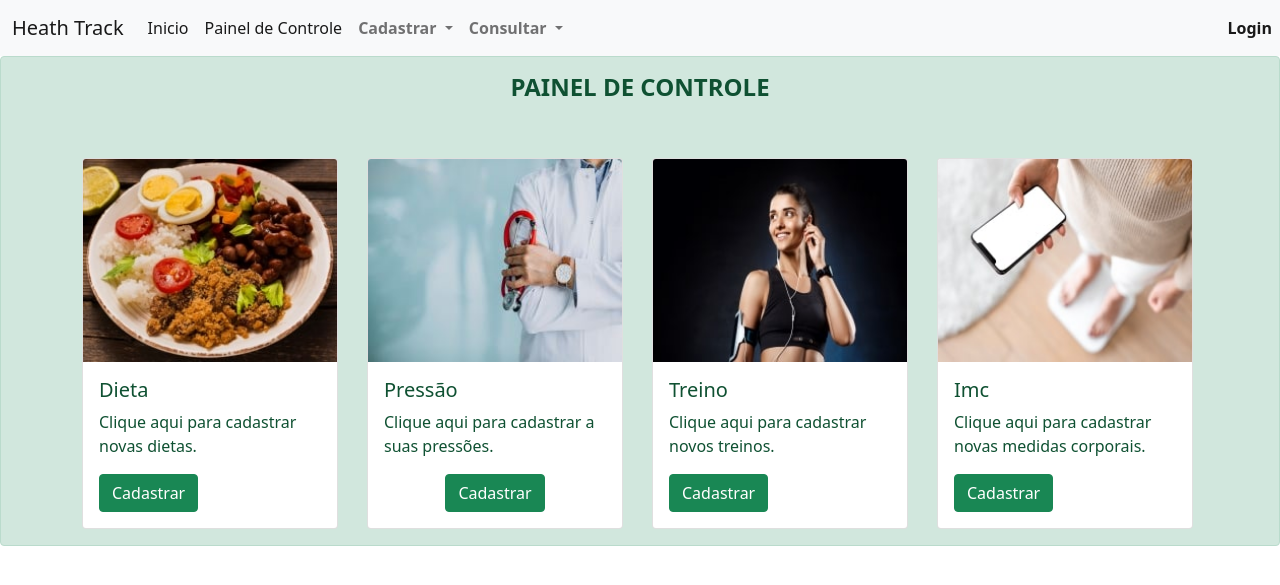
Repository: FellipySantos/HealthTrack_Finalizado
Page: http://localhost/JSPs/painel.jsp
The author's editor kept a copy of each file at every save. The page is drawn from the files as they stood at one save, then again after the next save.
The browser window is 1280 px wide. The pictures show the whole page.
The page is served by Tomcat 9. Other server files are loaded and not shown.

Above is the page before, as saved 2021-11-16 04:01:28.

### JSP/JSPs/WebContent/painel.jsp
<%@ page language="java" contentType="text/html; charset=ISO-8859-1"
    pageEncoding="ISO-8859-1"%>
<!DOCTYPE html PUBLIC "-//W3C//DTD HTML 4.01 Transitional//EN" "http://www.w3.org/TR/html4/loose.dtd">
<html>
<head>
<meta http-equiv="Content-Type" content="text/html; charset=ISO-8859-1">
<title>Health Track</title>
<%@ include file="header.jsp" %>
</head>
<body>
<%@ include file="menu.jsp" %>
		      <div class="alert alert-success" role="alert">

 <div class="container"> <h4><b><center>PAINEL DE CONTROLE</center></b></h4> <br><br>
        <div class="row">
          <div class="col-3">

            <div class="card" style="width: 16rem;">
              <img src="resources/img/card_imagem_1.jpg" class="card-img-top" alt="...">
              <div class="card-body">
                <h5 class="card-title">Dieta</h5>
                <p class="card-text">Clique aqui para cadastrar novas dietas.</p>
                <a href="cadastro-dieta.jsp" class="btn btn-success">Cadastrar</a>
              </div>
            </div>

          </div>

          <div class="col-3">

            <div class="card" style="width: 16rem;">
              <img src="resources/img/card_imagem_2.jpg" class="card-img-top" alt="...">
              <div class="card-body">
                <h5 class="card-title">Pressão</h5>
                <p class="card-text">Clique aqui para cadastrar a suas pressões.</p>
                <center><a href="cadastro-pressao.jsp" class="btn btn-success">Cadastrar</a></center>
              </div>
            </div>

          </div>

          <div class="col-3">

            <div class="card" style="width: 16rem;">
              <img src="resources/img/card_imagem_3.jpg" class="card-img-top" alt="...">
              <div class="card-body">
                <h5 class="card-title">Treino</h5>
                <p class="card-text">Clique aqui para cadastrar novos treinos.</p>
                <a href="cadastro-treino.jsp" class="btn btn-success">Cadastrar</a>
              </div>
            </div>

          </div>

          <div class="col-3">

            <div class="card" style="width: 16rem;">
              <img src="resources/img/card_imagem_4.jpg" class="card-img-top" alt="...">
              <div class="card-body">
                <h5 class="card-title">Imc</h5>
                <p class="card-text">Clique aqui para cadastrar novas medidas corporais.</p>
                <a href="cadastro-imc.jsp" class="btn btn-success">Cadastrar</a>
              </div>
            </div>

          </div>

      </div>




<%@ include file="footer.jsp" %>
</body>
</html>

### JSP/JSPs/WebContent/header.jsp
<%@ page language="java" contentType="text/html; charset=ISO-8859-1"
    pageEncoding="ISO-8859-1"%>
<!DOCTYPE html>
<html>
<head>
<meta charset="ISO-8859-1">

<link rel="stylesheet" type="text/css" href="resources/css/bootstrap.css">
<link rel="stylesheet" type="text/css" href="resources/css/bootstrap-grid.css">
<link rel="stylesheet" type="text/css" href="resources/css/bootstrap-reboot.css">

<script type="text/javascript" src="resources/js/jquery-3.6.0.min.js"></script>
<script type="text/javascript" src="resources/js/popper.min.js"></script>
<script type="text/javascript" src="resources/js/bootstrap.min.js"></script>
<script type="text/javascript" src="resources/js/bootstrap.min.js"></script>

<script src="https://stackpath.bootstrapcdn.com/bootstrap/4.3.1/js/bootstrap.min.js" integrity="sha384-JjSmVgyd0p3pXB1rRibZUAYoIIy6OrQ6VrjIEaFf/nJGzIxFDsf4x0xIM+B07jRM" crossorigin="anonymous"></script>


</head>






<body>



</body>



</html>

### JSP/JSPs/WebContent/menu.jsp

   <nav class="navbar navbar-expand-lg navbar-light bg-light">
        <div class="container-fluid">
          <a class="navbar-brand" href="index.jsp">Heath Track</a>
          <button class="navbar-toggler" type="button" data-bs-toggle="collapse" data-bs-target="#navbarSupportedContent" aria-controls="navbarSupportedContent" aria-expanded="false" aria-label="Toggle navigation">
            <span class="navbar-toggler-icon"></span>
          </button>
          <div class="collapse navbar-collapse" id="navbarSupportedContent">
            <ul class="navbar-nav me-auto mb-2 mb-lg-0">
              <li class="nav-item">
                <a class="nav-link active" aria-current="page" href="index.jsp">Inicio</a>
              </li>
              <li class="nav-item">
                <a class="nav-link active" aria-current="page" href="painel.jsp">Painel de Controle</a>
              </li>
              <li class="nav-item dropdown">
                <a class="nav-link dropdown-toggle" href="#" id="navbarDropdown" role="button" data-bs-toggle="dropdown" aria-expanded="false">
                  <b>Cadastrar</b>
                </a>
                <ul class="dropdown-menu" aria-labelledby="navbarDropdown">
                  <li><a class="dropdown-item" href="cadastro-dieta.jsp">Dieta</a></li>
                  <li><a class="dropdown-item" href="cadastro-pressao.jsp">Pressão</a></li>
                  <li><a class="dropdown-item" href="cadastro-treino.jsp">Treino</a></li>
                  <li><a class="dropdown-item" href="cadastro-imc.jsp">Imc</a></li>
                   <li><hr class="dropdown-divider"></li>
                  <li><a class="dropdown-item" href="cadastro-atleta.jsp">Atleta</a></li>
                  <li><a class="dropdown-item" href="cadastro-nutri.jsp">Nutricionista</a></li>
                  <li><a class="dropdown-item" href="cadastro-treinador.jsp">Treinador</a></li>
                </ul>
              </li>

                 <li class="nav-item dropdown">
                <a class="nav-link dropdown-toggle" href="#" id="navbarDropdown" role="button" data-bs-toggle="dropdown" aria-expanded="false">
                  <b>Consultar</b>
                </a>
                <ul class="dropdown-menu" aria-labelledby="navbarDropdown">
                  <li><a class="dropdown-item" href="dieta?acao=listar">Dieta</a></li>
                  <li><a class="dropdown-item" href="pressao?acao=listar">Pressão</a></li>
                  <li><a class="dropdown-item" href="treino?acao=listar">Treino</a></li>
                  <li><a class="dropdown-item" href="imc?acao=listar">Imc</a></li>
                  <li><hr class="dropdown-divider"></li>
                  <li><a class="dropdown-item" href="atleta?acao=listar">Atleta</a></li>
                  <li><a class="dropdown-item" href="nutri?acao=listar">Nutricionista</a></li>
                  <li><a class="dropdown-item" href="treinador?acao=listar">Treinador</a></li>
                </ul>
              </li>


            </ul>

          </div>

        </div>
        <div class="collapse navbar-collapse" id="navbarSupportedContent">
          <ul class="navbar-nav me-auto mb-2 mb-lg-0">
            <li class="nav-item">
              <b><a class="nav-link active" aria-current="page" href="#">Login</a></b>
            </li>
            </ul>
            </div>



      </nav>

### JSP/JSPs/WebContent/footer.jsp
<%@ page language="java" contentType="text/html; charset=ISO-8859-1"
    pageEncoding="ISO-8859-1"%>
<!DOCTYPE html>
<html>
<head>
<meta charset="ISO-8859-1">

<script type="text/javascript" src="resources/js/jquery-3.6.0.min.js"></script>
<script type="text/javascript" src="resources/js/bootstrap.min.js"></script>

</head>





<body>


</body>
</html>

Loaded but not shown: JSP/JSPs/WebContent/resources/css/bootstrap.css (library); JSP/JSPs/WebContent/resources/css/bootstrap-grid.css (library); JSP/JSPs/WebContent/resources/css/bootstrap-reboot.css (library); JSP/JSPs/WebContent/resources/js/jquery-3.6.0.min.js (library); JSP/JSPs/WebContent/resources/js/popper.min.js (library); JSP/JSPs/WebContent/resources/js/bootstrap.min.js (library)

After the next save:
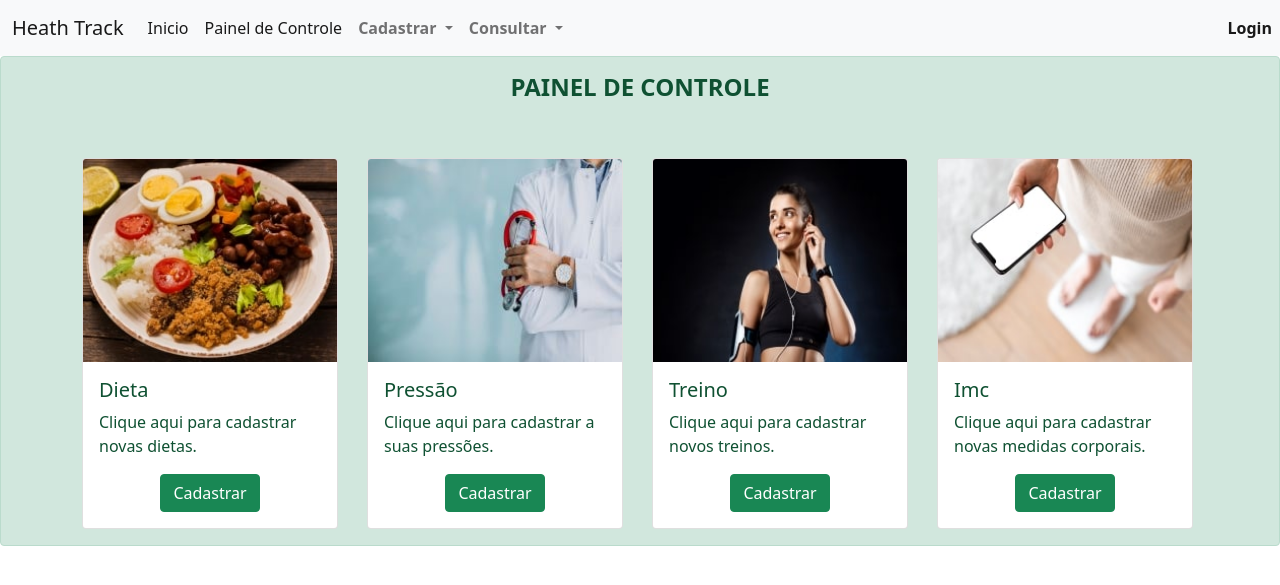
Saved 31 s later.
--- a/JSP/JSPs/WebContent/painel.jsp
+++ b/JSP/JSPs/WebContent/painel.jsp
@@ -20,7 +20,7 @@
               <div class="card-body">
                 <h5 class="card-title">Dieta</h5>
                 <p class="card-text">Clique aqui para cadastrar novas dietas.</p>
-                <a href="cadastro-dieta.jsp" class="btn btn-success">Cadastrar</a>
+                <center><a href="cadastro-dieta.jsp" class="btn btn-success">Cadastrar</a></center>
               </div>
             </div>
 
@@ -46,7 +46,7 @@
               <div class="card-body">
                 <h5 class="card-title">Treino</h5>
                 <p class="card-text">Clique aqui para cadastrar novos treinos.</p>
-                <a href="cadastro-treino.jsp" class="btn btn-success">Cadastrar</a>
+                <center><a href="cadastro-treino.jsp" class="btn btn-success">Cadastrar</a></center>
               </div>
             </div>
 
@@ -59,7 +59,7 @@
               <div class="card-body">
                 <h5 class="card-title">Imc</h5>
                 <p class="card-text">Clique aqui para cadastrar novas medidas corporais.</p>
-                <a href="cadastro-imc.jsp" class="btn btn-success">Cadastrar</a>
+                <center><a href="cadastro-imc.jsp" class="btn btn-success">Cadastrar</a></center>
               </div>
             </div>
 
